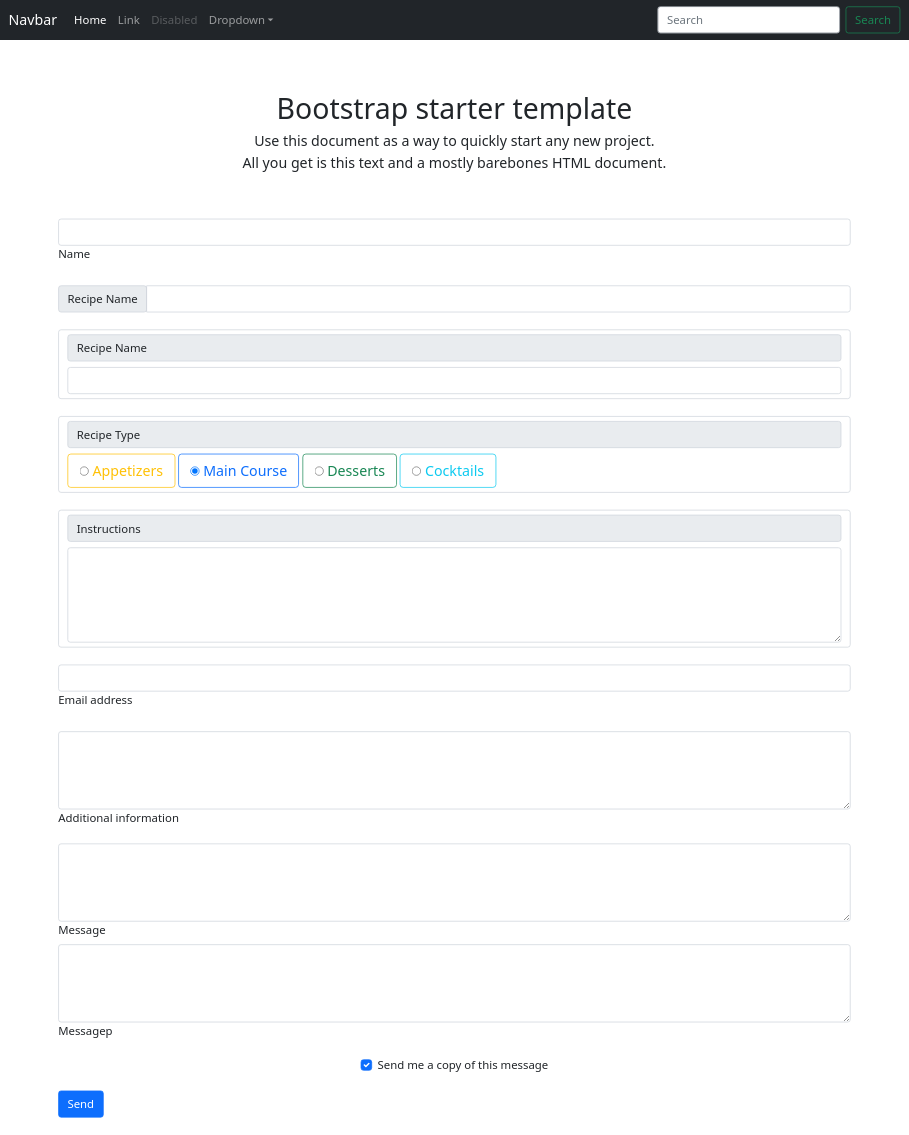
Repository: jerrywthompson/createRecipeWebpageHTML
Page: index.html
An editor plug-in stored every save of this project. The page is shown before and after the next save, followed by the edit.
The browser window is 1280 px wide. The pictures show the whole page, at 71% of full size.

Above is the page before, as saved 2021-02-23 22:28:41.

After the next save:
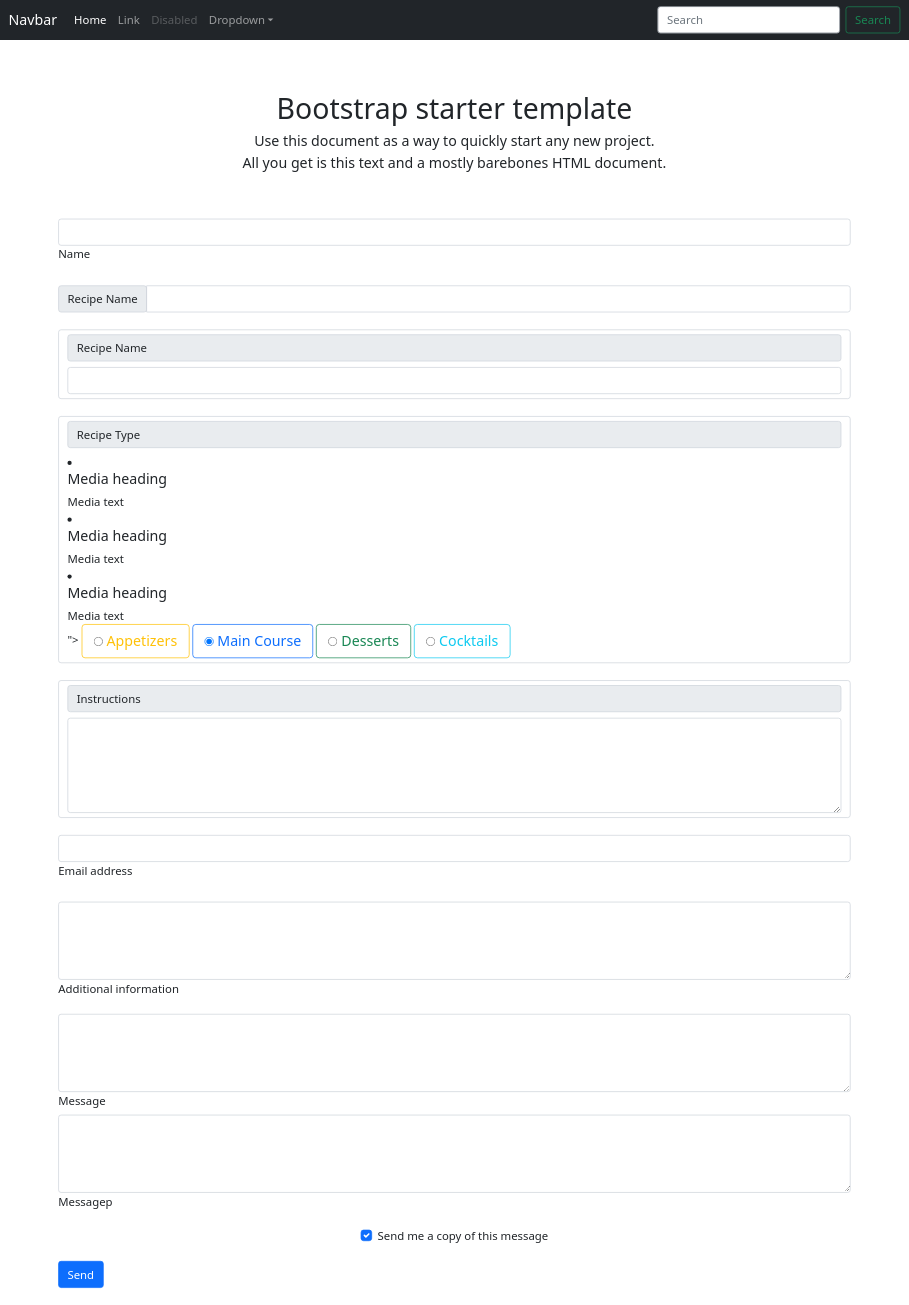
Saved 52 s later.
--- a/index.html
+++ b/index.html
@@ -107,7 +107,35 @@
                             <div class="input-group-prepend mb-2">
                                 <span class="input-group-text" id="inputGroup-sizing-default">Recipe Type</span>
                             </div>
-                            <div class="form-checkbox-inline">
+                            <div class="form-checkbox <ul class="list-unstyled">
+                                <li class="media">
+                                    <a class="d-flex" href="#">
+                                        <img src="" alt="">
+                                    </a>
+                                    <div class="media-body">
+                                        <h5>Media heading</h5>
+                                        Media text
+                                    </div>
+                                </li>
+                                <li class="media">
+                                    <a class="d-flex" href="#">
+                                        <img src="" alt="">
+                                    </a>
+                                    <div class="media-body">
+                                        <h5>Media heading</h5>
+                                        Media text
+                                    </div>
+                                </li>
+                                <li class="media">
+                                    <a class="d-flex" href="#">
+                                        <img src="" alt="">
+                                    </a>
+                                    <div class="media-body">
+                                        <h5>Media heading</h5>
+                                        Media text
+                                    </div>
+                                </li>
+                              </ul>">
                                 <label class="btn btn-outline-warning btn-lg">
                                     <input type="radio" name="recipeType" id="appetizers" value="appetizers" autocomplete="off" > Appetizers
                                 </label>

After the save that followed:
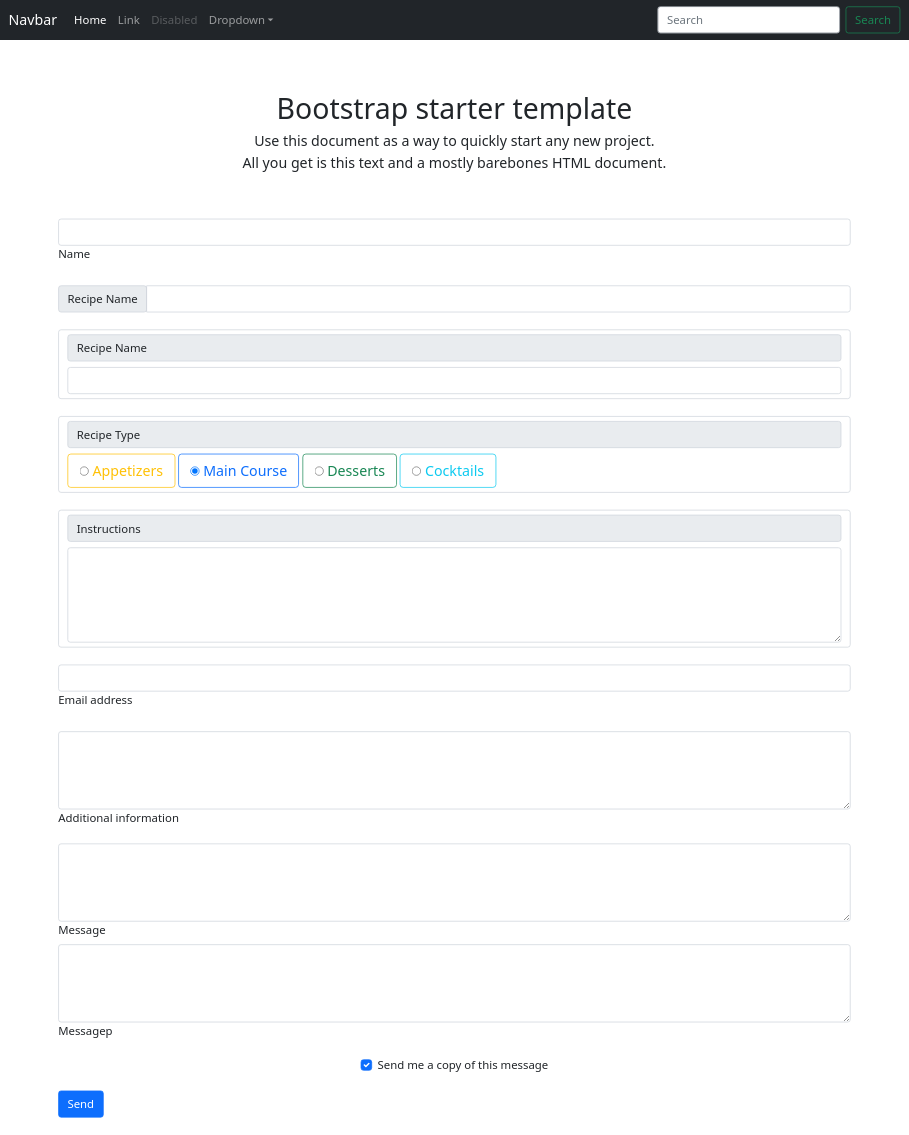
Saved 3 min 3 s later.
--- a/index.html
+++ b/index.html
@@ -107,36 +107,8 @@
                             <div class="input-group-prepend mb-2">
                                 <span class="input-group-text" id="inputGroup-sizing-default">Recipe Type</span>
                             </div>
-                            <div class="form-checkbox <ul class="list-unstyled">
-                                <li class="media">
-                                    <a class="d-flex" href="#">
-                                        <img src="" alt="">
-                                    </a>
-                                    <div class="media-body">
-                                        <h5>Media heading</h5>
-                                        Media text
-                                    </div>
-                                </li>
-                                <li class="media">
-                                    <a class="d-flex" href="#">
-                                        <img src="" alt="">
-                                    </a>
-                                    <div class="media-body">
-                                        <h5>Media heading</h5>
-                                        Media text
-                                    </div>
-                                </li>
-                                <li class="media">
-                                    <a class="d-flex" href="#">
-                                        <img src="" alt="">
-                                    </a>
-                                    <div class="media-body">
-                                        <h5>Media heading</h5>
-                                        Media text
-                                    </div>
-                                </li>
-                              </ul>">
-                                <label class="btn btn-outline-warning btn-lg">
+                            <div class="form-checkbox">
+                                <label class="btn btn-outline-warning btn-lg pl-3">
                                     <input type="radio" name="recipeType" id="appetizers" value="appetizers" autocomplete="off" > Appetizers
                                 </label>
                                 <label class="btn btn-outline-primary btn-lg">
